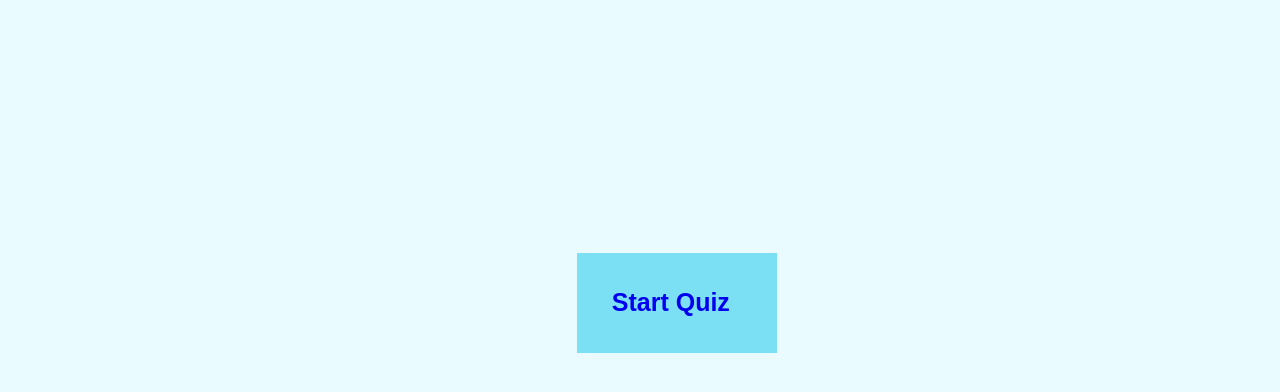
Repository: Rupali-8062Chourasiya5279/Internship_Task_Rupali
Page: Programming Language/quiz/QuizApp/src/main/webapp/Home.html
The author's editor kept a copy of each file at every save. The page is drawn from the files as they stood at one save, then again after the next save.
The browser window is 1280 px wide. The pictures show the whole page.

Above is the page before, as saved 2025-01-25 07:12:00.

### Programming Language/quiz/QuizApp/src/main/webapp/Home.html
<!DOCTYPE html>
<html>
<head>
<meta charset="UTF-8">
<title>Home</title>
<style>
 #div1
 {
 margin-left:45%;
 margin-top:20%;
 height:100px;
 width:200px;
background-color: #7ce0f4;
 }
 h1
 {
 padding:35px;
 font: bold;
 color: #0f5866;
 font-family: sans-serif;
 font-size: 25px;
 }
 a{
 text-decoration: none;
 }
 body
 {
 background-color: #e9fbfe;
 }
</style>
</head>
<body>
	<div id="div1">
	<h1><a href="rules.html">Start Quiz</a></h1>
	</div>

</body>
</html>

After the next save:
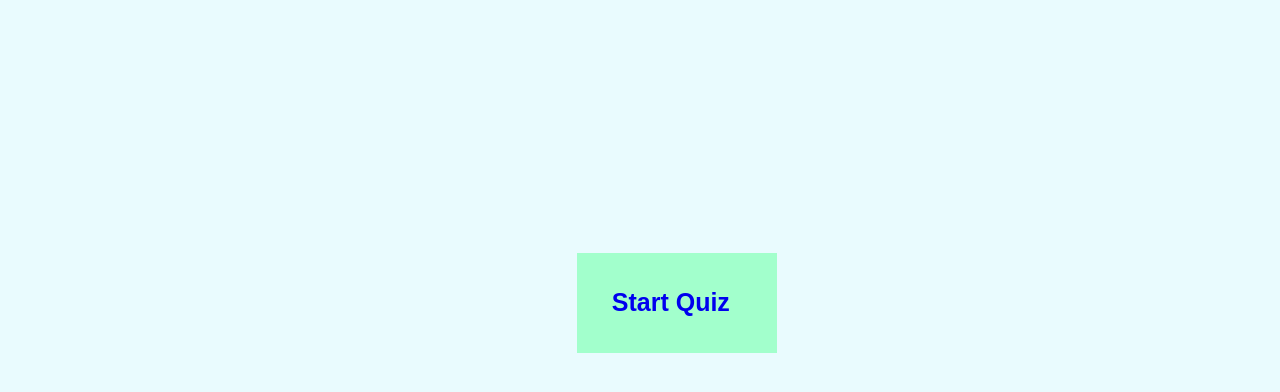
Saved 4 s later.
--- a/Programming Language/quiz/QuizApp/src/main/webapp/Home.html
+++ b/Programming Language/quiz/QuizApp/src/main/webapp/Home.html
@@ -10,7 +10,7 @@
  margin-top:20%;
  height:100px;
  width:200px;
-background-color: #7ce0f4;
+background-color: rgb(162, 255, 204);
  }
  h1
  {
